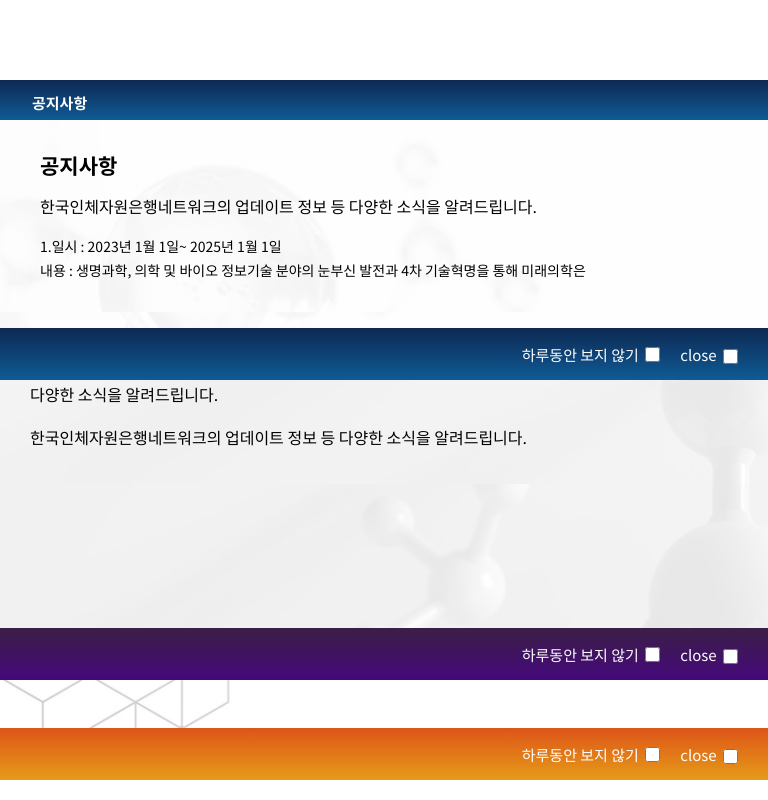
Repository: dlgywls1130/common_popup
Page: index.html
An editor plug-in stored every save of this project. The page is shown before and after the next save, followed by the edit.
The browser window is 768 px wide. The pictures show the whole page.

Above is the page before, as saved 2023-10-26 01:06:40.

After the next save:
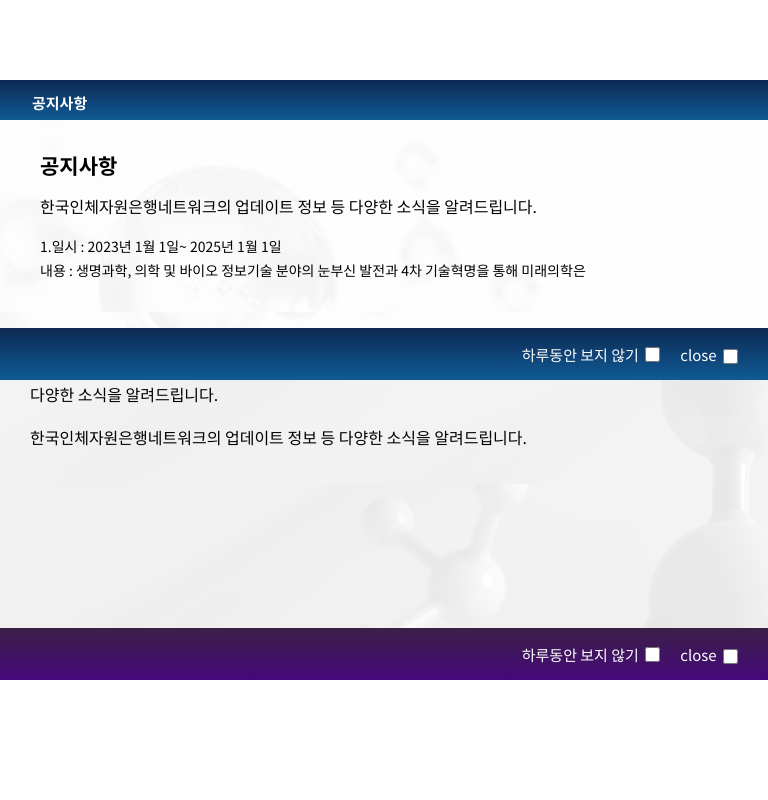
Saved 7 s later.
--- a/style.css
+++ b/style.css
@@ -207,7 +207,7 @@
 
     .common_modal.orange {
         width: 100%;
-        height: 700px;
+        height: 600px;
         left: 0;
     }
 
